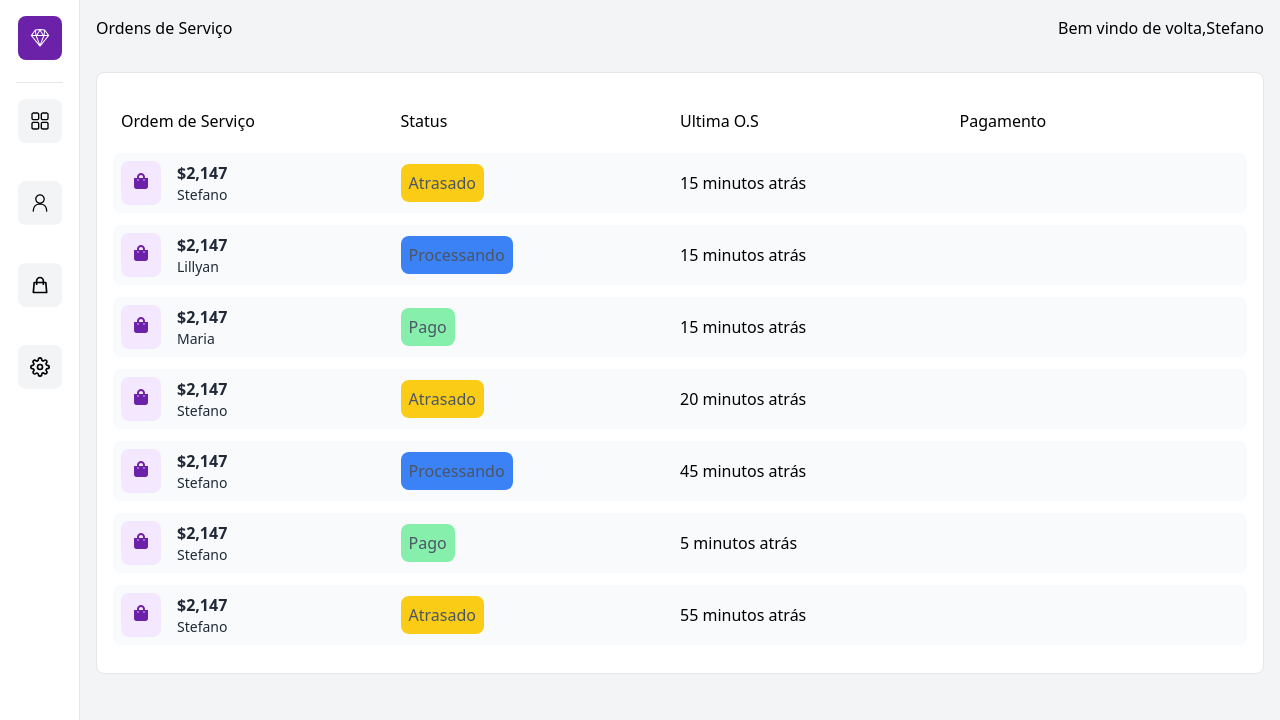
Repository: stefanosousaa/dashboard-next13
Page: /orders
An editor plug-in stored every save of this project. The page is shown before and after the next save, followed by the edit.
The browser window is 1280 px wide. The pictures show the whole page.
The project was rebuilt for these pictures with package versions that can differ from the ones it lists, and the page was loaded fresh each time. The framework's server and built-in components were replaced by stand-ins that run in the browser. Also part of the build but not shown: next.config.js.

Above is the page before, as saved 2023-05-18 18:56:58.

After the next save:
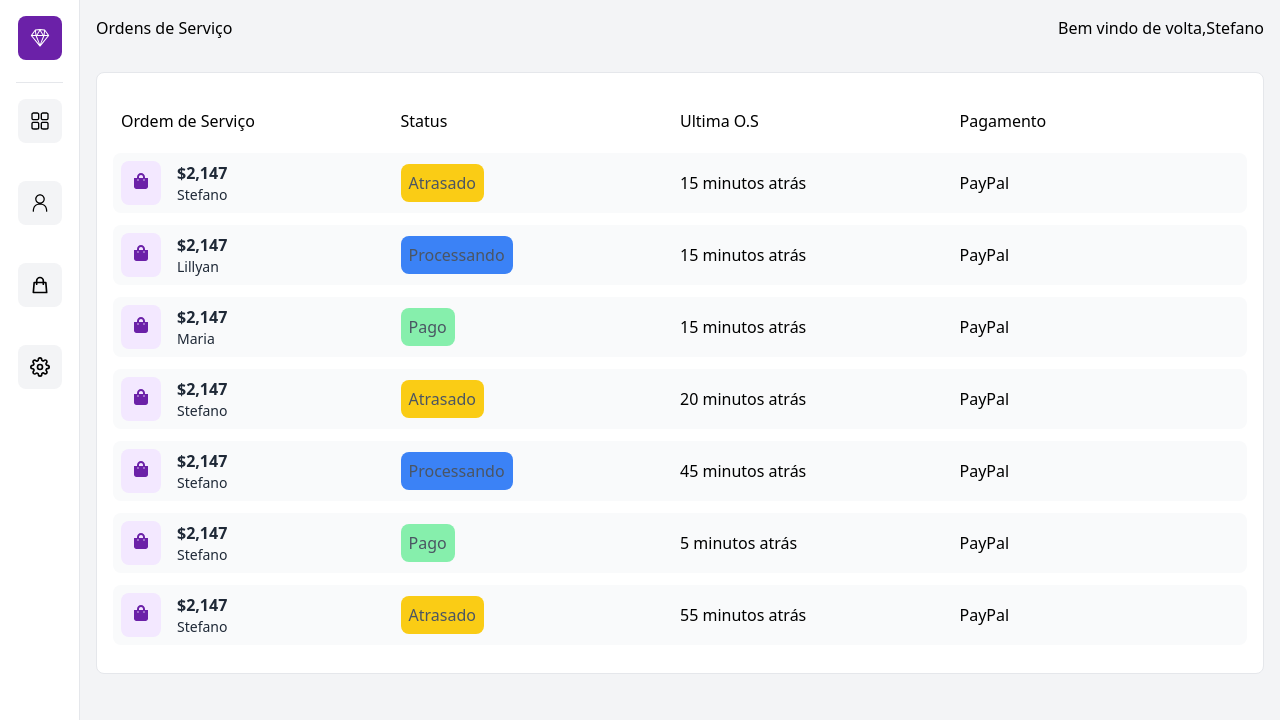
Saved 45 s later.
--- a/pages/orders.jsx
+++ b/pages/orders.jsx
@@ -43,6 +43,9 @@ const orders = () => {
                             >{order.status}</span>
                         </p>
                         <p className='hidden md:flex'>{order.date}</p>
+                        <div>
+                            {order.method}
+                        </div>
 
 
         </li>
